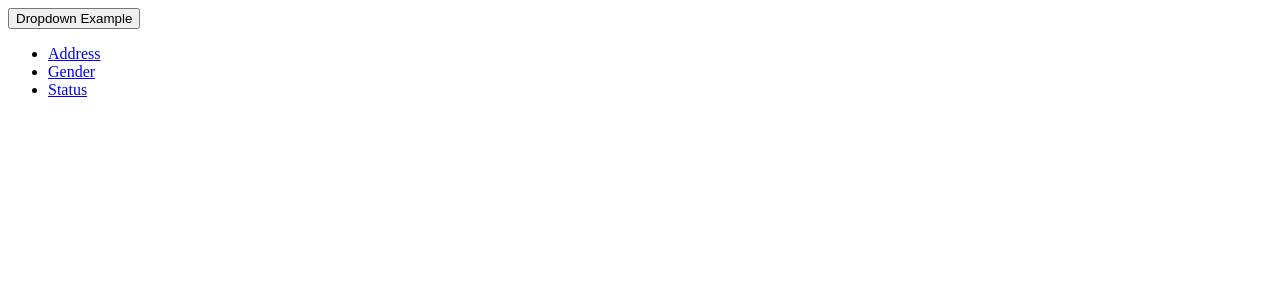
Repository: gpdigital/honeypot
Page: honeypot/WebContent/WEB-INF/views/fragment/basic_info_menu.html
These files come from the project's save history. The page is drawn as it stood at one moment and after the next save; the edit follows.
The browser window is 1280 px wide. The pictures show the whole page.

Above is the page before, as saved 2016-06-16 07:17:25.

### honeypot/WebContent/WEB-INF/views/fragment/basic_info_menu.html
  <div class="dropdown">
    <button class="btn btn-primary dropdown-toggle" type="button" data-toggle="dropdown">Dropdown Example
    <span class="caret"></span></button>
    <ul class="dropdown-menu">
      <li><a href="#">Address</a></li>
      <li><a href="#">Gender</a></li>
      <li><a href="#">Status</a></li>
    </ul>
  </div>

After the next save:
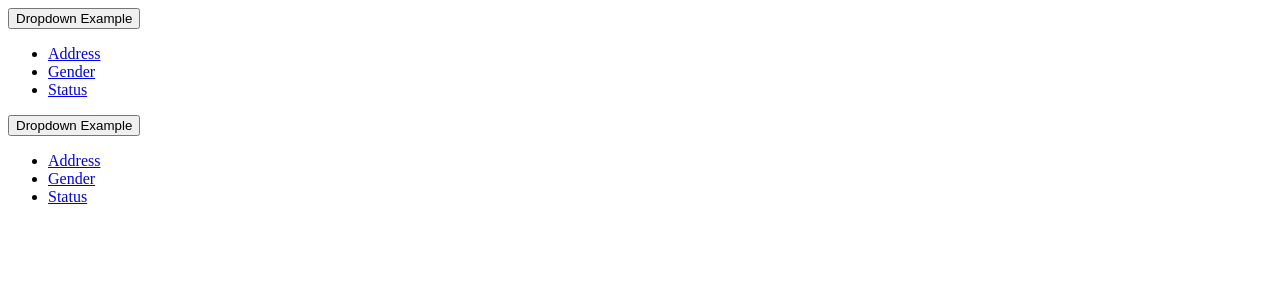
Saved 7 min 20 s later.
--- a/honeypot/WebContent/WEB-INF/views/fragment/basic_info_menu.html
+++ b/honeypot/WebContent/WEB-INF/views/fragment/basic_info_menu.html
@@ -7,3 +7,12 @@
       <li><a href="#">Status</a></li>
     </ul>
   </div>
+    <div class="dropdown">
+    <button class="btn btn-primary dropdown-toggle" type="button" data-toggle="dropdown">Dropdown Example
+    <span class="caret"></span></button>
+    <ul class="dropdown-menu">
+      <li><a href="#">Address</a></li>
+      <li><a href="#">Gender</a></li>
+      <li><a href="#">Status</a></li>
+    </ul>
+  </div>
